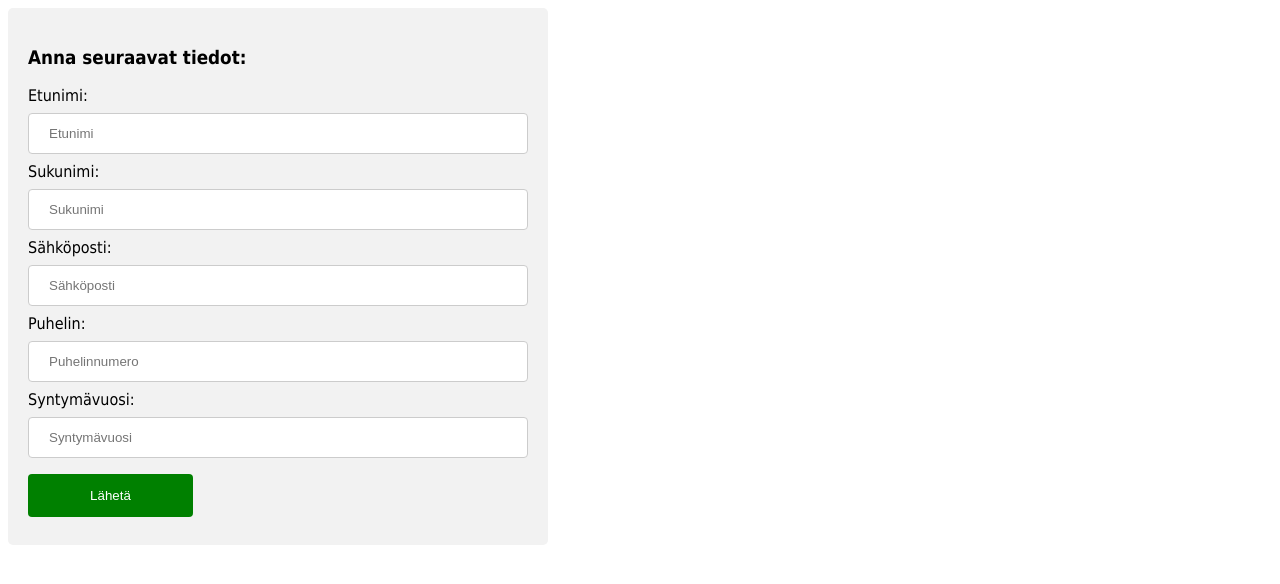
Repository: er-12/tehtava6
Page: http://localhost/t3/kysy.jsp
The author's editor kept a copy of each file at every save. The page is drawn from the files as they stood at one save, then again after the next save.
The browser window is 1280 px wide. The pictures show the whole page.
The page is served by Tomcat 9.

Above is the page before, as saved 2021-04-17 11:21:28.

After the next save:
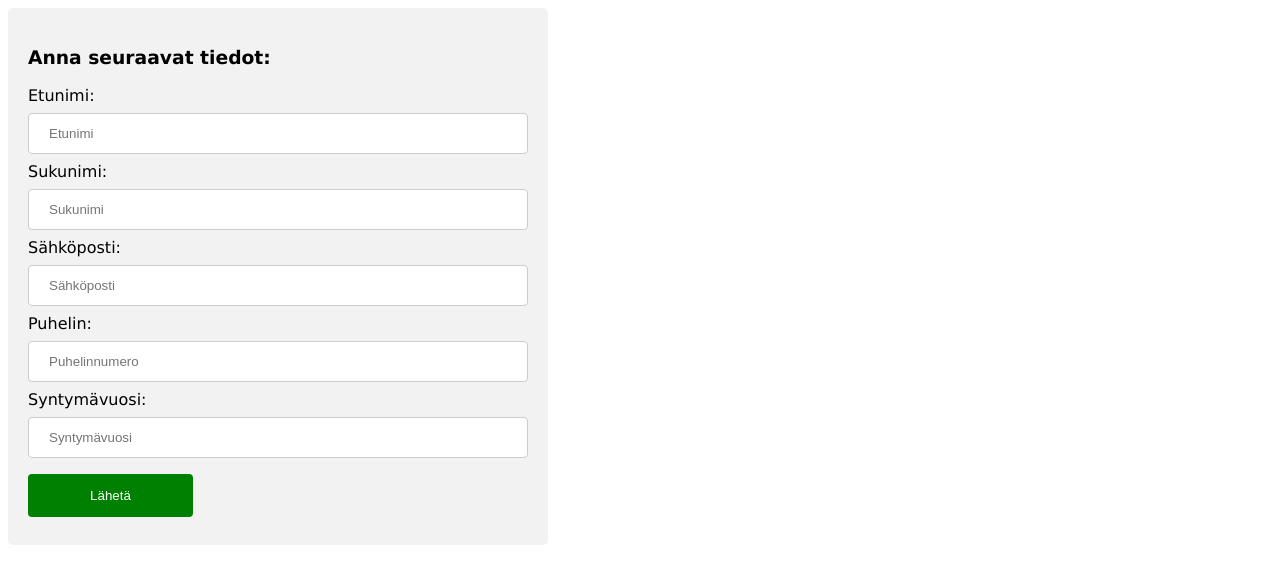
Saved 12 s later.
--- a/t3/WebContent/kysy.jsp
+++ b/t3/WebContent/kysy.jsp
@@ -28,7 +28,7 @@ div {
   background-color: #f2f2f2;
   padding: 20px;
   width: 500px;
-  font-family: Tahoma;
+  font-family: Verdana;
 }
 </style>
 <head>
